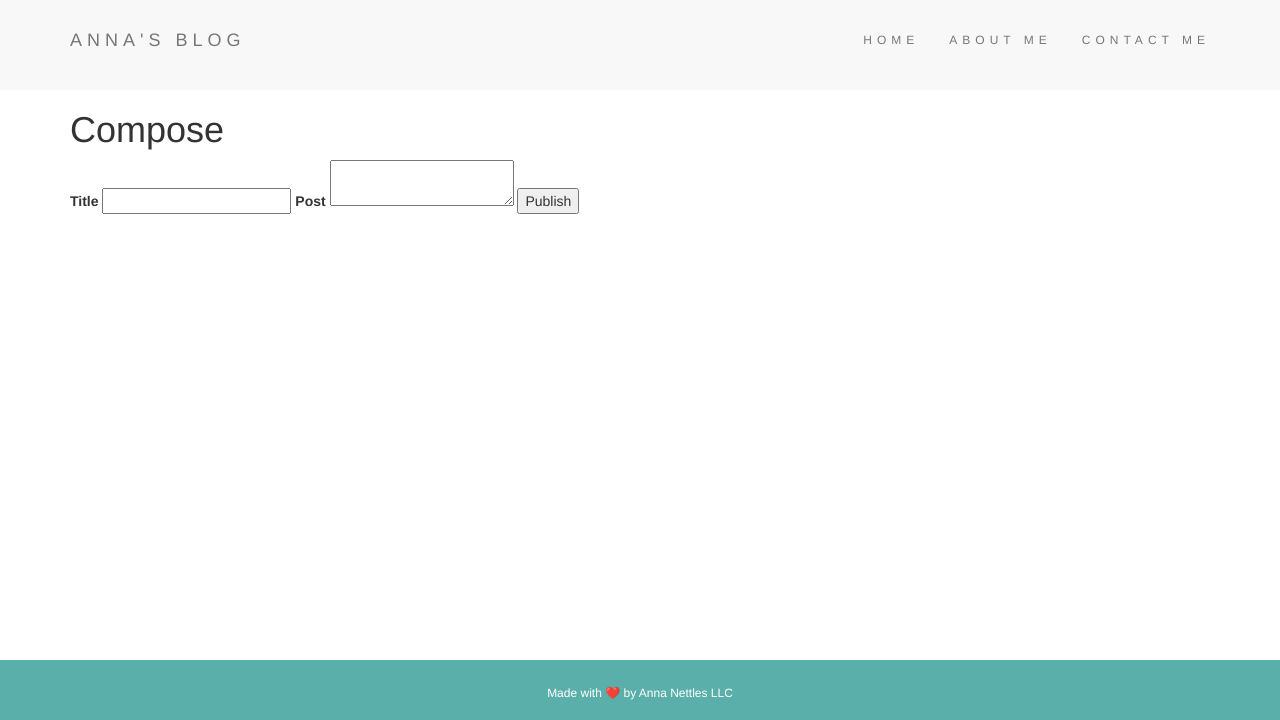
Repository: thecoachanna/blog
Page: http://localhost/compose
An editor plug-in stored every save of this project. The page is shown before and after a run of saves, followed by the edit.
The browser window is 1280 px wide. The pictures show the whole page.
The page is served by the project's Node server (app.js).

Above is the page before, as saved 2023-05-10 07:24:36.

### views/compose.ejs
<%- include("partials/header.ejs") %>

    <h1>Compose</h1>
    <form action="/compose" method="post">
        <label for="title">Title</label>
        <input type="text" name="postTitle" autocomplete="off">

        <label for="post">Post</label>
        <textarea type="text" name="post" ></textarea>
        <button type="submit" name="button">Publish</button>
    </form>

<%- include("partials/footer.ejs") %>

### views/partials/header.ejs
<!DOCTYPE html>
<html lang="en" dir="ltr">

<head>
  <meta charset="utf-8">
  <title>Anna's Blog</title>
  <meta charset="utf-8">
  <link rel="stylesheet" href="https://maxcdn.bootstrapcdn.com/bootstrap/3.3.7/css/bootstrap.min.css">
  <link rel="stylesheet" href="/css/styles.css">
  <nav class="navbar navbar-default">
    <div class="container">
      <div class="navbar-header">
        <p class="navbar-brand">ANNA'S BLOG</p>
      </div>
        <ul class="nav navbar-nav navbar-right">
          <!-- 6 -->
          <li id="home"><a href="/">HOME</a></li>
          <li id="about"><a href="/about">ABOUT ME</a></li>
          <li id="contact"><a href="/contact">CONTACT ME</a></li>
        </ul>
    </div>
  </nav>

  <body>
    <div class="container">

### views/partials/footer.ejs

</div>
<div class="footer-padding"></div>
  <div class="footer">
    <p>Made with ❤️ by Anna Nettles LLC</p>
  </div>
</div>
</body>
</html>

### app.js
//jshint esversion:6

const express = require("express");
const bodyParser = require("body-parser");
const ejs = require("ejs");

const homeStartingContent = "Lacus vel facilisis volutpat est velit egestas dui id ornare. Semper auctor neque vitae tempus quam. Sit amet cursus sit amet dictum sit amet justo. Viverra tellus in hac habitasse. Imperdiet proin fermentum leo vel orci porta. Donec ultrices tincidunt arcu non sodales neque sodales ut. Mattis molestie a iaculis at erat pellentesque adipiscing. Magnis dis parturient montes nascetur ridiculus mus mauris vitae ultricies. Adipiscing elit ut aliquam purus sit amet luctus venenatis lectus. Ultrices vitae auctor eu augue ut lectus arcu bibendum at. Odio euismod lacinia at quis risus sed vulputate odio ut. Cursus mattis molestie a iaculis at erat pellentesque adipiscing.";
const aboutContent = "Hac habitasse platea dictumst vestibulum rhoncus est pellentesque. Dictumst vestibulum rhoncus est pellentesque elit ullamcorper. Non diam phasellus vestibulum lorem sed. Platea dictumst quisque sagittis purus sit. Egestas sed sed risus pretium quam vulputate dignissim suspendisse. Mauris in aliquam sem fringilla. Semper risus in hendrerit gravida rutrum quisque non tellus orci. Amet massa vitae tortor condimentum lacinia quis vel eros. Enim ut tellus elementum sagittis vitae. Mauris ultrices eros in cursus turpis massa tincidunt dui.";
const contactContent = "Scelerisque eleifend donec pretium vulputate sapien. Rhoncus urna neque viverra justo nec ultrices. Arcu dui vivamus arcu felis bibendum. Consectetur adipiscing elit duis tristique. Risus viverra adipiscing at in tellus integer feugiat. Sapien nec sagittis aliquam malesuada bibendum arcu vitae. Consequat interdum varius sit amet mattis. Iaculis nunc sed augue lacus. Interdum posuere lorem ipsum dolor sit amet consectetur adipiscing elit. Pulvinar elementum integer enim neque. Ultrices gravida dictum fusce ut placerat orci nulla. Mauris in aliquam sem fringilla ut morbi tincidunt. Tortor posuere ac ut consequat semper viverra nam libero.";

const app = express();

app.set('view engine', 'ejs');

app.use(bodyParser.urlencoded({extended: true}));
app.use(express.static("public"));

// Home Page
app.get('/', (req, res) => {
  res.render('home', { startingContent: homeStartingContent })
})

// About Page
app.get('/about', (req, res) => {
  res.render('about', { about: aboutContent })
})

// Contact Page
app.get('/contact', (req, res) => {
  res.render('contact', { contact: contactContent })
})

// Compose Page - GET
app.get('/compose', (req, res) => {
  res.render('compose')
})

// Compose Page - POST
app.post('/compose', (req, res) => {
  let newBlog = req.body.blog
  console.log(newBlog)
  res.render('compose')
})











app.listen(3000, function() {
  console.log("Server started on port 3000");
});

### public/css/styles.css
.container-fluid {
    padding-top: 70px;
    padding-bottom: 70px;
}
.navbar {
    padding-top: 15px;
    padding-bottom: 15px;
    border: 0;
    border-radius: 0;
    margin-bottom: 0;
    font-size: 12px;
    letter-spacing: 5px;
}
.navbar-nav  li a:hover {
    color: #5AAFAA !important;
}

.footer-padding {
	padding-bottom: 60px;
}

.footer {
	position: absolute;
	text-align: center;
	bottom: 0;
	width: 100%;
	height: 60px;
	background-color: #5AAFAA;
}

.footer p {
	margin-top: 25px;
	font-size: 12px;
  color: #fff;
}

After the next 5 saves:
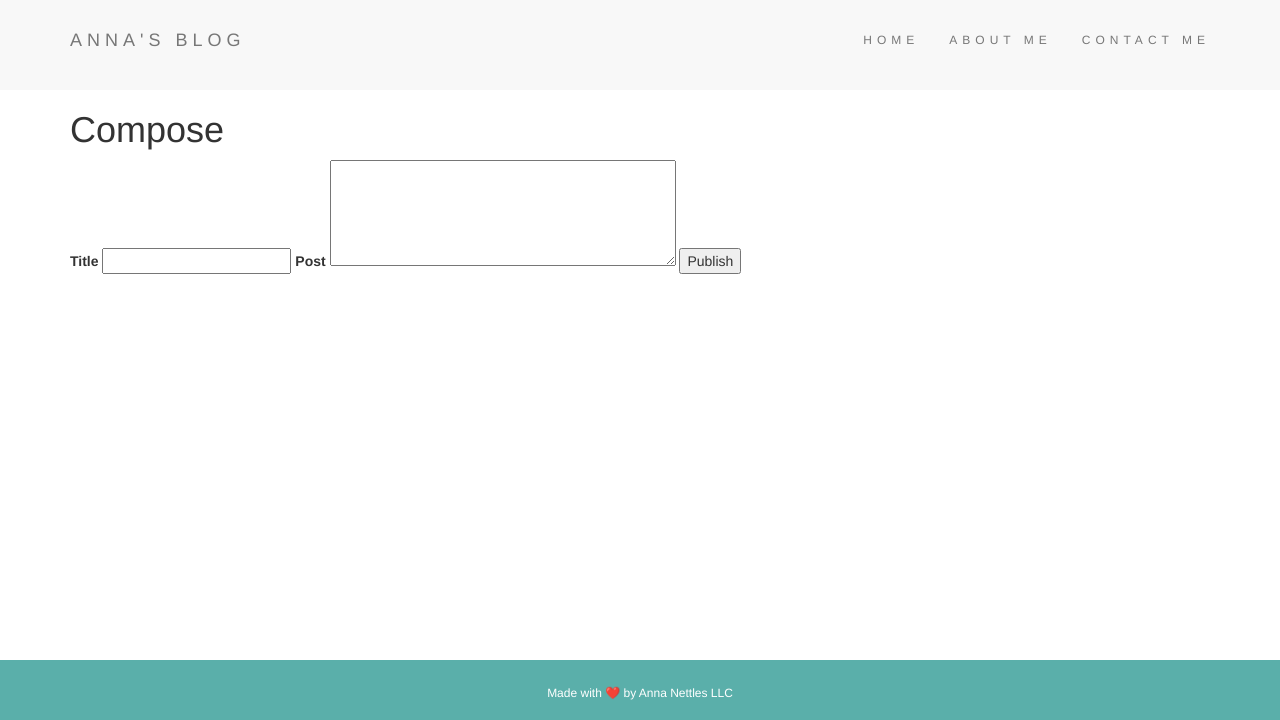
The 5 saves are shown as one change because they came seconds apart.
The last was saved 14 s later.
--- a/views/compose.ejs
+++ b/views/compose.ejs
@@ -6,7 +6,7 @@
         <input type="text" name="postTitle" autocomplete="off">
 
         <label for="post">Post</label>
-        <textarea type="text" name="post" ></textarea>
+        <textarea type="text" name="post" cols="40" rows="5"></textarea>
         <button type="submit" name="button">Publish</button>
     </form>
 
